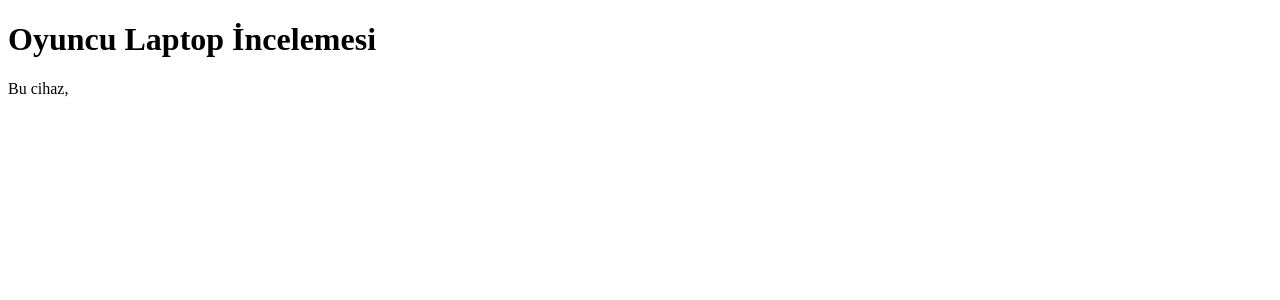
Repository: BeritanBlgn/web-yazilim-muhendisligi
Page: Modul_1/Ders_3/1.3.6_gorev2.html
The author's editor kept a copy of each file at every save. The page is drawn from the files as they stood at one save, then again after a run of saves.
The browser window is 1280 px wide. The pictures show the whole page.

Above is the page before, as saved 2026-10-09 22:30:05.

After the next 2 saves:
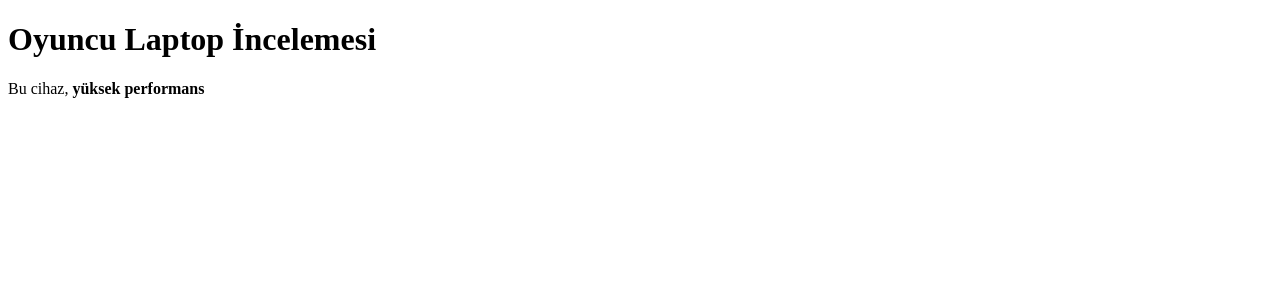
The 2 saves are shown as one change because they came seconds apart.
The last was saved 8 s later.
--- a/Modul_1/Ders_3/1.3.6_gorev2.html
+++ b/Modul_1/Ders_3/1.3.6_gorev2.html
@@ -10,7 +10,7 @@
         Oyuncu Laptop İncelemesi
     </h1>
     <p>
-        Bu cihaz, <strong></strong>
+        Bu cihaz, <strong>yüksek performans</strong>
     </p>
 </body>
 </html>
